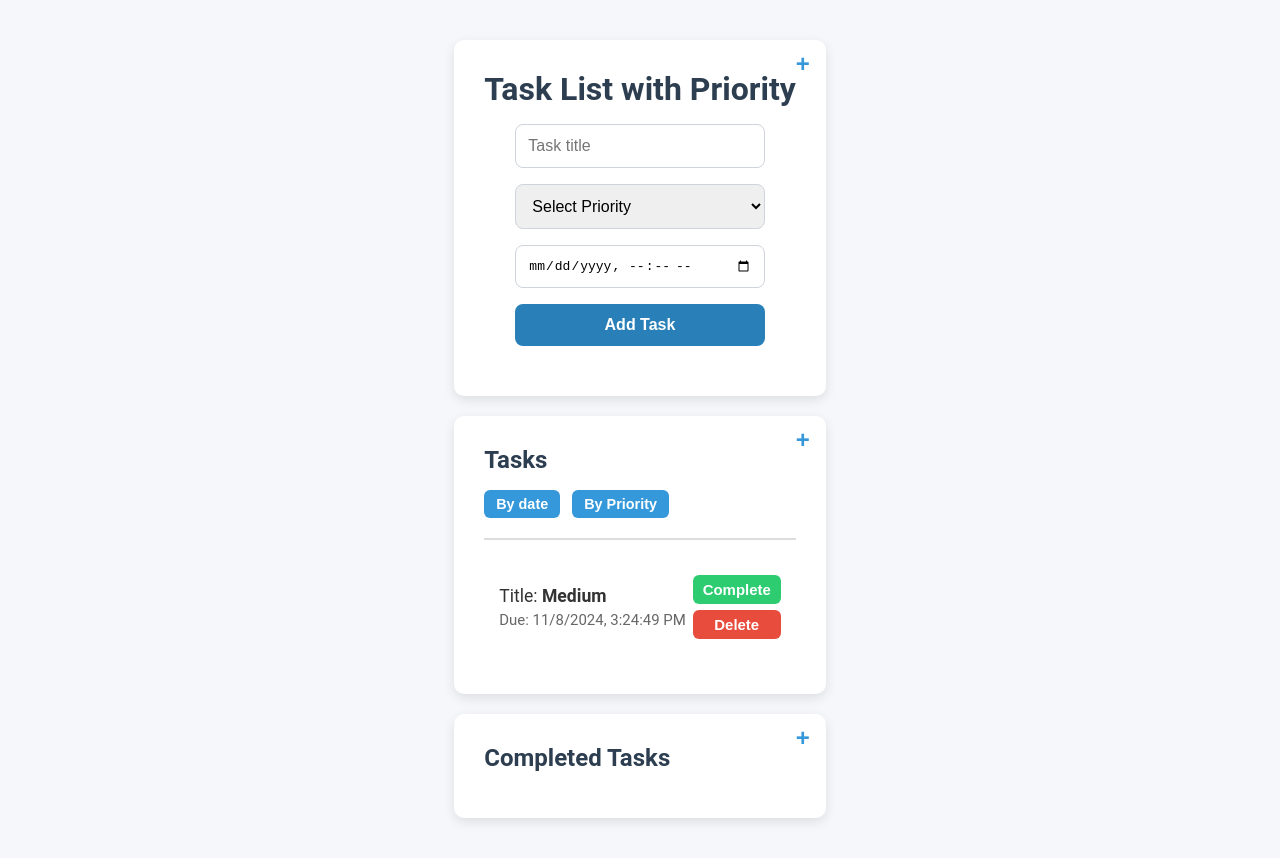
Repository: Lithium87/TaskList
Page: /
The author's editor kept a copy of each file at every save. The page is drawn from the files as they stood at one save, then again after the next save.
The browser window is 1280 px wide. The pictures show the whole page.
The project was rebuilt for these pictures with package versions that can differ from the ones it lists, and the page was loaded fresh each time. Also part of the build but not shown: vite.config.js.

Above is the page before, as saved 2025-07-08 16:59:39.

After the next save:
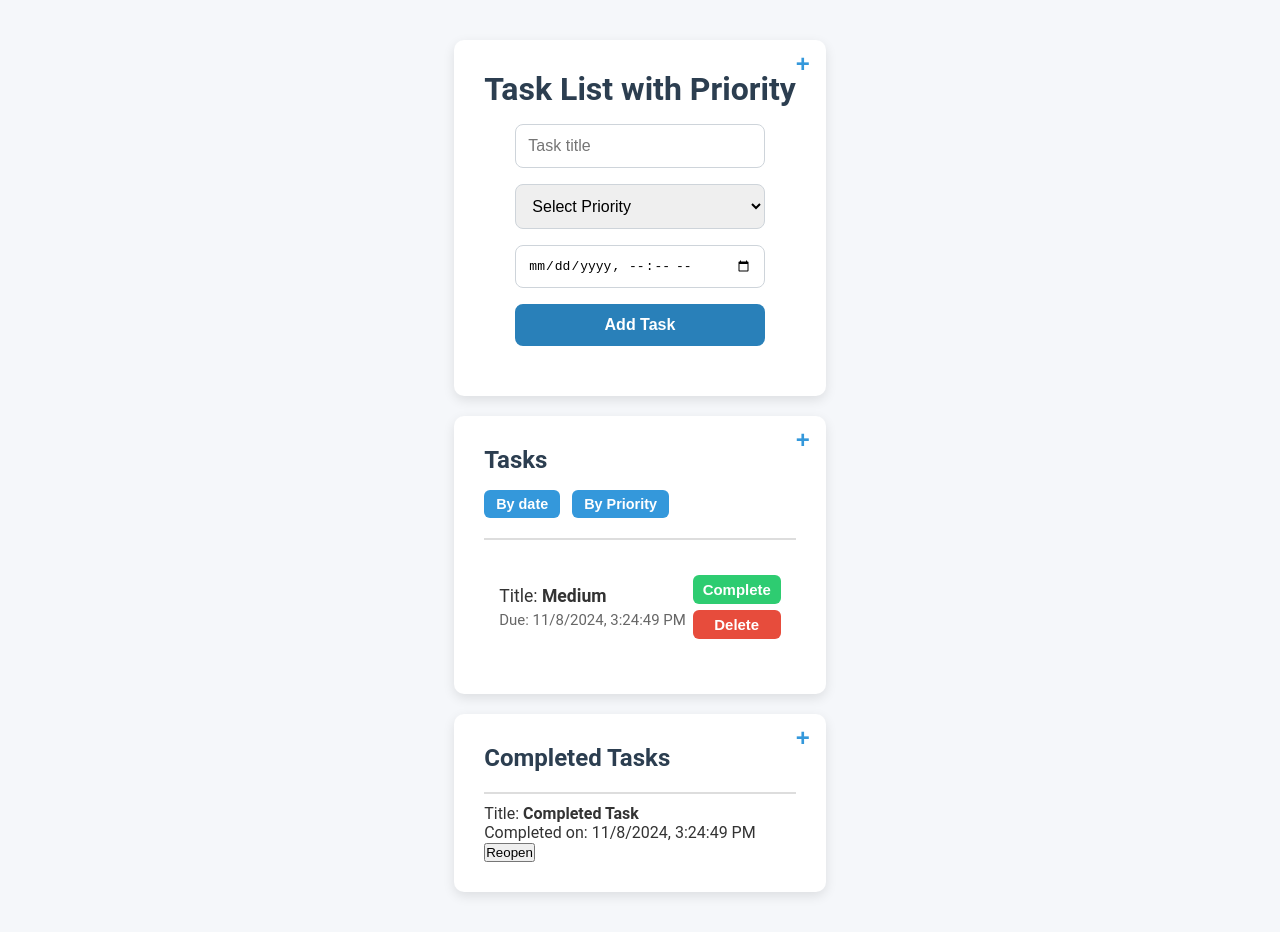
Saved 45 s later.
--- a/src/App.jsx
+++ b/src/App.jsx
@@ -20,6 +20,7 @@ function App () {
       <div className="completed-task-container">
         <h2>Completed Tasks</h2>
         <button className="close-button">+</button>
+        <CompletedTaskList />
       </div>
     </div>
   );
